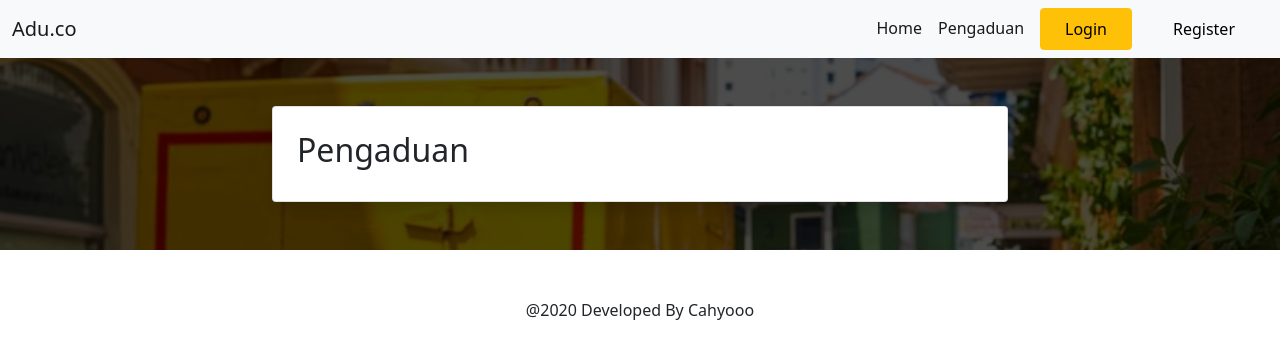
Repository: khulqu15/pengaduan2
Page: http://localhost/form/pengaduan
These files come from the project's save history. The page is drawn as it stood at one moment and after the next save; the edit follows.
The browser window is 1280 px wide. The pictures show the whole page.
The page is served by the project's Laravel application, run on PHP 8.4 with Laravel 8. Other server files are loaded and not shown.

Above is the page before, as saved 2021-02-23 21:21:40.

### routes/web.php
<?php

use App\Http\Controllers\PageController;
use App\Http\Controllers\UserController;
use Illuminate\Support\Facades\Route;

/*
|--------------------------------------------------------------------------
| Web Routes
|--------------------------------------------------------------------------
|
| Here is where you can register web routes for your application. These
| routes are loaded by the RouteServiceProvider within a group which
| contains the "web" middleware group. Now create something great!
|
*/

Route::get('/', [PageController::class, 'home'])->name('home');

Route::get('form/pengaduan', [PageController::class, 'pengaduanGet'])->name('form.pengaduan');

Route::get('login', [UserController::class, 'loginGet'])->name('loginView');
Route::post('login', [UserController::class, 'loginPost'])->name('loginLogic');
Route::get('register', [UserController::class, 'registerGet'])->name('registerView');
Route::post('register', [UserController::class, 'registerPost'])->name('registerLogic');

### app/Http/Controllers/PageController.php
<?php

namespace App\Http\Controllers;

use Illuminate\Http\Request;

class PageController extends Controller
{
    public function home()
    {
        return view('welcome');
    }

    public function pengaduanGet()
    {
        return view('pengaduan');
    }
}

### resources/views/pengaduan.blade.php
@extends('layout.app')

@section('title', 'Pengaduan')

@section('content')
    <div class="container-fluid image-footer-home py-5">
        <div class="overlay"></div>
        <div class="container position-relative">
            <div class="row">
                <div class="col-md-8 offset-md-2">
                    <div class="card bg-white shadow p-4">
                        <h2>Pengaduan</h2>
                    </div>
                </div>
            </div>
        </div>
    </div>
@endsection

### resources/views/layout/app.blade.php
<!DOCTYPE html>
<html lang="en">
<head>
    <meta charset="UTF-8">
    <meta name="viewport" content="width=device-width, initial-scale=1.0">
    <meta http-equiv="X-UA-Compatible" content="ie=edge">
    <title>Pengaduan | @yield('title')</title>

    <link rel="stylesheet" href="{{ asset('css/bootstrap.min.css') }}">
    <link rel="stylesheet" href="{{ asset('css/all.min.css') }}">
    <link rel="stylesheet" href="{{ asset('css/fontawesome.min.css') }}">
    <link rel="stylesheet" href="{{ asset('css/style.css') }}">
    <link rel="stylesheet" href="{{ asset('css/slick.css') }}">
    <link rel="stylesheet" href="{{ asset('css/slick-theme.css') }}">

    <script src="{{ asset('js/jquery-3.5.1.min.js') }}"></script>
    <script src="{{ asset('js/bootstrap.min.js') }}"></script>
    <script src="{{ asset('js/all.min.js') }}"></script>
    <script src="{{ asset('js/fontawesome.min.js') }}"></script>
    <script src="{{ asset('js/slick.min.js') }}"></script>

    @yield('assets')

</head>
<body>
    <nav class="navbar navbar-expand-lg navbar-light bg-light">
        <div class="container-fluid">
          <a class="navbar-brand" href="#">Adu.co</a>
          <button class="navbar-toggler" type="button" data-bs-toggle="collapse" data-bs-target="#navbarSupportedContent" aria-controls="navbarSupportedContent" aria-expanded="false" aria-label="Toggle navigation">
            <span class="navbar-toggler-icon"></span>
          </button>
          <div class="collapse navbar-collapse" id="navbarSupportedContent">
            <ul class="navbar-nav ms-auto mb-2 mb-lg-0">
              <li class="nav-item">
                <a class="nav-link active" aria-current="page" href="{{ route('home') }}">Home</a>
              </li>
              <li class="nav-item">
                <a class="nav-link active" aria-current="page" href="{{ route('form.pengaduan') }}">Pengaduan</a>
              </li>
              <li class="nav-item">
                <a class="btn btn-warning mx-2 px-4 py-2" href="{{ route('loginView') }}">Login</a>
              </li>
              <li class="nav-item">
                <a class="btn btn-light mx-2 px-4 py-2" href="{{ route('registerView') }}">Register</a>
              </li>
            </ul>
          </div>
        </div>
      </nav>

    @yield('content')

    <footer class="container-fluid py-5">
        <div class="row">
            <div class="col-md-12 text-center">
                @2020 Developed By Cahyooo
            </div>
        </div>
    </footer>
</body>
</html>

### public/css/style.css
body {
    overflow-x: hidden !important;
}
.viga {
    font-family: 'Viga', sans-serif;
}
.bgm-primary {
    background-color: #E62A2A !important;
}
.btnm-primary {
    border: none;
    border-radius: 0px !important;
    transition: all .3s ease-in-out;
    background-color: #E62A2A !important;
    padding: 1rem 2rem;
    color: white;
}
.text-right {
    text-align: right !important;
}
.cursor-point {
    cursor: pointer;
}
.btnm-primary:hover {
    color: white !important;
    background-color: #c01c1c !important;
}
.btnm-light {
    border: none;
    border-radius: 0px !important;
    transition: all .3s ease-in-out;
    background-color: #f2f2f2 !important;
    padding: 1rem 2rem;
    color: #292929;
}
.btnm-light:hover {
    color: #292929 !important;
    background-color: #c2c2c2 !important;
}
.textm-primary {
    color: #E62A2A !important;
}
.textm-gray {
    color: gray !important;
}

.input-search-home {
    width: 80%;
    position: absolute;
    left: 10%;
    height: 60px;
    box-shadow: 0px 20px 40px -6px rgba(0, 0, 0, 0.12);
    top: -50px;
    background-color: white;
}
.input-search-home input {
    height: 60px;
}
.input-search-home button,
.input-search-home a {
    position: relative;
    top: -10px;
}


.card-product {
    width: 100%;
    transition: all .3s ease-in-out;
    height: 370px;
    background-color: white;
}
.card-product:hover {
    box-shadow: 12px 24px 48px rgba(0, 0, 0, 0.09);
}
.card-product .image {
    width: 100%;
    height: 170px;
    background-color: #f36c6c;
    overflow: hidden;
}
.card-product .image img {
    transition: all .3s ease-in-out;
}
.card-product .image:hover img {
    transform: scale(1.1);
    opacity: .6;
}
.image-fit-card {
    width: 100%;
    height: 100%;
    object-fit: cover !important;
}
.card-product .line-category {
    display: inline-block;
    width: 20px;
    height: 3px;
    background-color: gray;
}

.bg-hammer-bottom {
    background: url('../img/wallpaper/hammer.png');
    background-attachment: fixed;
    background-position: center;
    background-size: cover;
}

.input-email-footer {
    position: relative;
    width: 100%;
    height: 70px;
    box-shadow: 0px 19px 38px rgba(0, 0, 0, 0.12);
    background-color: white;
}
.input-email-footer input {
    height: 70px;
    width: 100%;
}
.input-email-footer button {
    position: relative;
    top: -8px
}

.menu-footer {
    color: rgba(255, 255, 255, .5);
}
.menu-footer:hover {
    color: rgba(255, 255, 255, 1);
    cursor: pointer;
    transition: all .4s ease-in-out;
}
.menu-footer .icon {
    position: absolute;
    right: -50px;
    opacity: 0;
    transition: all .2s ease-in-out;
    visibility: hidden;
}
.menu-footer:hover .icon {
    position: relative;
    opacity: 1;
    right: 0;
    visibility: visible;
}
.menu-footer .menu-title {
    transition: all .2s ease-in-out;
    position: relative;
    font-size: 3rem;
    right: -10px;
}
.menu-footer:hover .menu-title {
    position: relative;
    right: 0px;
}

.icons-footer svg {
    transition: all .2s ease-in-out;
    color: #c2c2c2;
    margin: 0px .8rem;
    font-size: 1.4rem;
}

.icons-footer svg:hover {
    cursor: pointer;
    color: #767676;
}

.navbar {
    transition: all .3s ease-in-out;
    z-index: 100;
}
.burger {
    margin: 10px 0px 0px 0px;
}
.burger div {
    width: 40px;
    height: 5px;
    margin: 7px 0px;
    background-color: #767676;
}
.image-footer-home {
    background-image: url('../img/wallpaper/1.jpg');
    background-size: cover;
    background-attachment: fixed;
    position: relative;
}
.image-footer-home .overlay {
    background-color: rgba(0, 0, 0, 0.7);
    position: absolute;
    left: 0;
    top: 0;
    width: 100%;
    height: 100%;
}

Loaded but not shown: app/Http/Controllers/Controller.php (common file); public/css/bootstrap.min.css (library); public/css/all.min.css (library); public/css/fontawesome.min.css (library); public/css/slick.css (common file); public/css/slick-theme.css (library); public/js/jquery-3.5.1.min.js (library); public/js/bootstrap.min.js (library); public/js/fontawesome.min.js (library); public/js/slick.min.js (library)

After the next save:
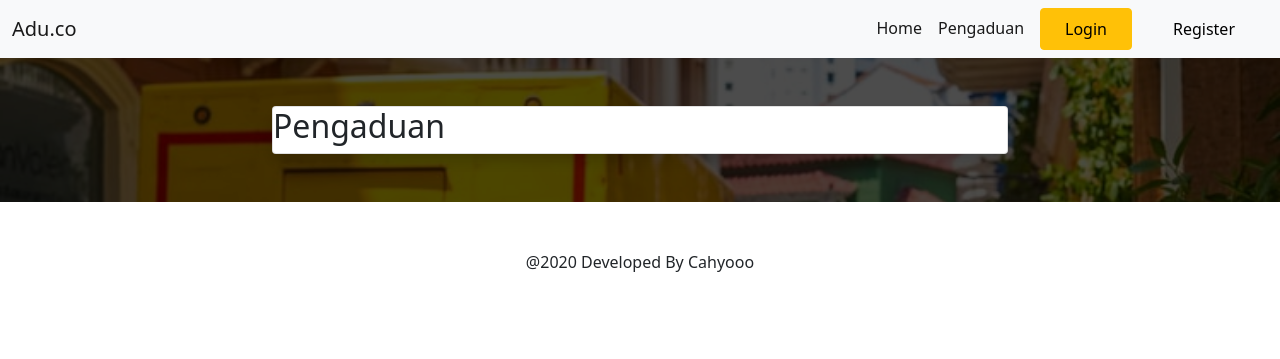
Saved 6 s later.
--- a/resources/views/pengaduan.blade.php
+++ b/resources/views/pengaduan.blade.php
@@ -8,7 +8,7 @@
         <div class="container position-relative">
             <div class="row">
                 <div class="col-md-8 offset-md-2">
-                    <div class="card bg-white shadow p-4">
+                    <div class="card bg-white shadow p5">
                         <h2>Pengaduan</h2>
                     </div>
                 </div>
